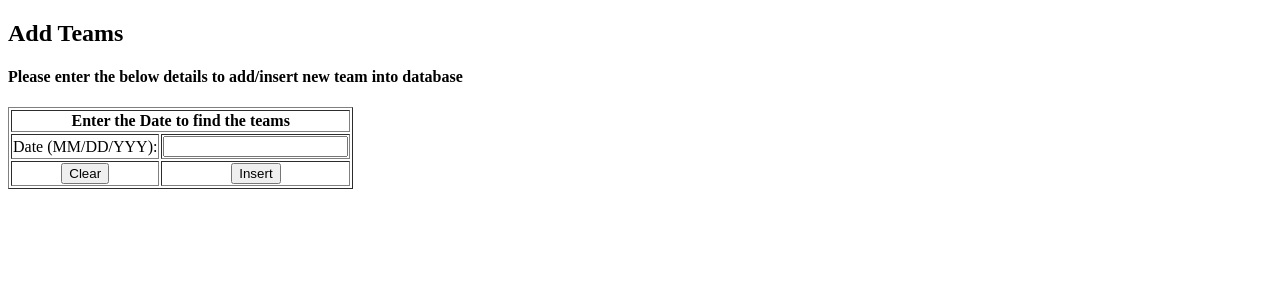
Repository: Harikiran-Madishetti/Patient-Assistance-Network
Page: http://localhost/IP_TASK7/new_teams_form.jsp
The author's editor kept a copy of each file at every save. The page is drawn from the files as they stood at one save, then again after the next save.
The browser window is 1280 px wide. The pictures show the whole page.
The page is served by Tomcat 9. Other server files are loaded and not shown.

Above is the page before, as saved 2020-11-16 19:13:27.

### JDBC Connector/WEB Application/IP_TASK7/WebContent/new_teams_form.jsp
<!DOCTYPE html>
<html>
    <head>
        <meta charset="UTF-8">
        <title>Add Team</title>
    </head>
    <body>
        <h2>Add Teams</h2>
        <h4>Please enter the below details to add/insert new team into database </h4>
        <!--
            Form for collecting user input for the new movie_night record.
            Upon form submission, add_movie.jsp file will be invoked.
        -->
        <form action="get_teams.jsp">
            <!-- The form organized in an HTML table for better clarity. -->
            <table border=1>
                <tr>
                    <th colspan="2">		Enter the Date to find the teams	</th>
                </tr>
                <tr>
                    <td> Date (MM/DD/YYY): </td>
                    <td><div style="text-align: center;">
                    <input type=text name=formation_date>
                    </div></td>
                </tr>
                <tr>
                    <td><div style="text-align: center;">
                    <input type=reset value=Clear>
                    </div></td>
                    <td><div style="text-align: center;">
                    <input type=submit value=Insert>
                    </div></td>
                </tr>
            </table>
        </form>
    </body>
</html>

After the next save:
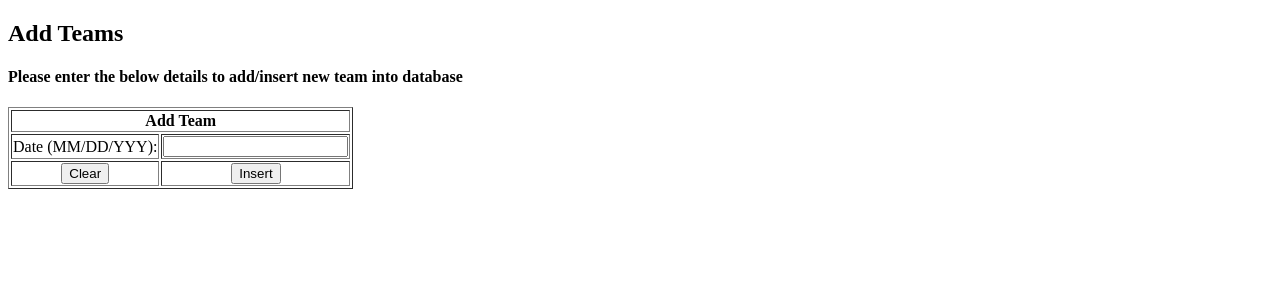
Saved 24 s later.
--- a/JDBC Connector/WEB Application/IP_TASK7/WebContent/new_teams_form.jsp
+++ b/JDBC Connector/WEB Application/IP_TASK7/WebContent/new_teams_form.jsp
@@ -15,7 +15,7 @@
             <!-- The form organized in an HTML table for better clarity. -->
             <table border=1>
                 <tr>
-                    <th colspan="2">		Enter the Date to find the teams	</th>
+                    <th colspan="2">		Add Team	</th>
                 </tr>
                 <tr>
                     <td> Date (MM/DD/YYY): </td>
